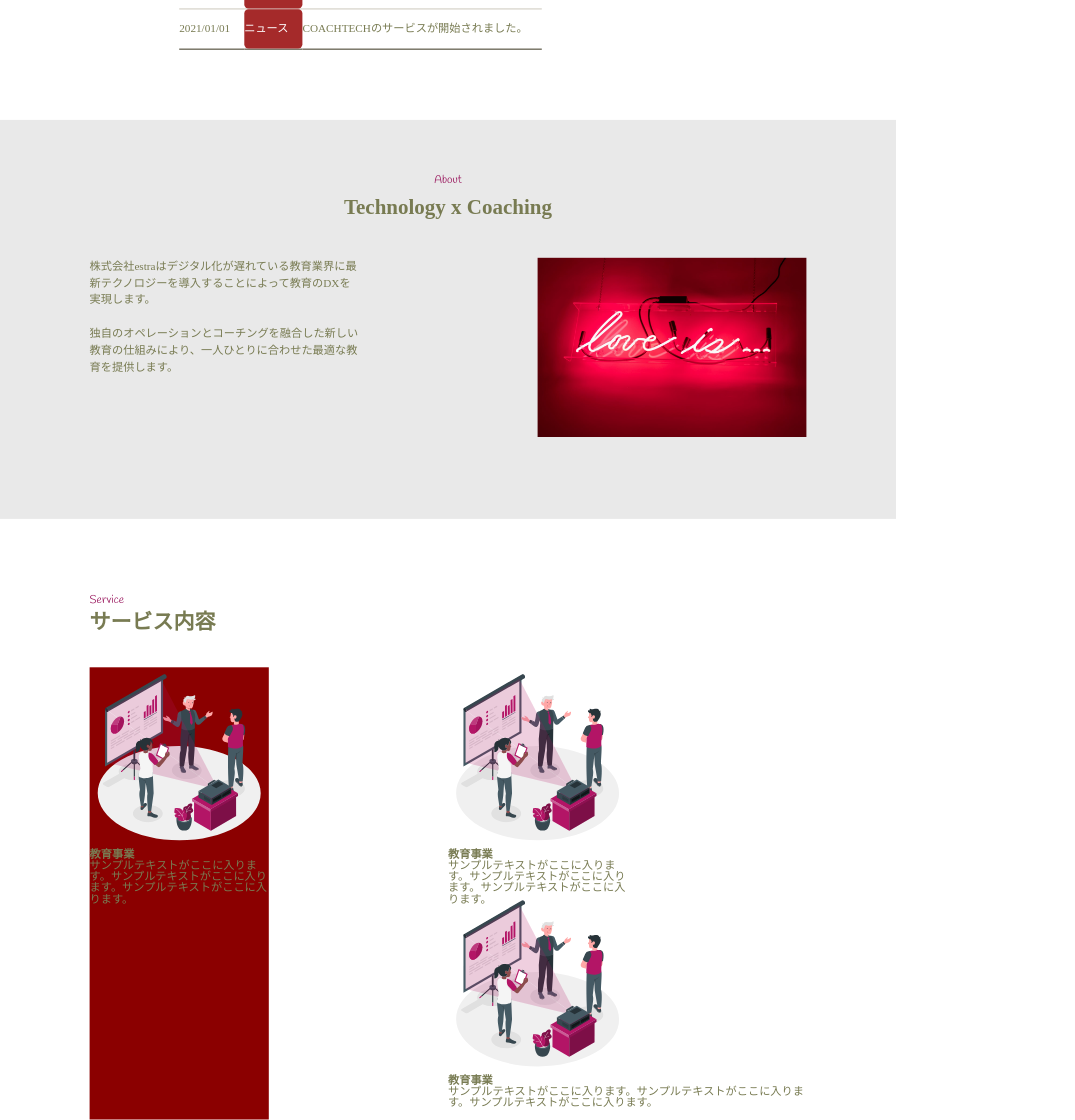
Repository: masanarimiura/20220504miura
Page: index.html
The author's editor kept a copy of each file at every save. The page is drawn from the files as they stood at one save, then again after a run of saves.
The browser window is 1280 px wide. The page is 1536 px wide, so the pictures cover 1536 px, including what lies to the right of the window. The pictures show the part of the page from y = 965 to 2565 px (the page is 2565 px tall), at 70% of full size.

Above is the page before, as saved 2022-05-04 21:56:00.

After the next 3 saves:
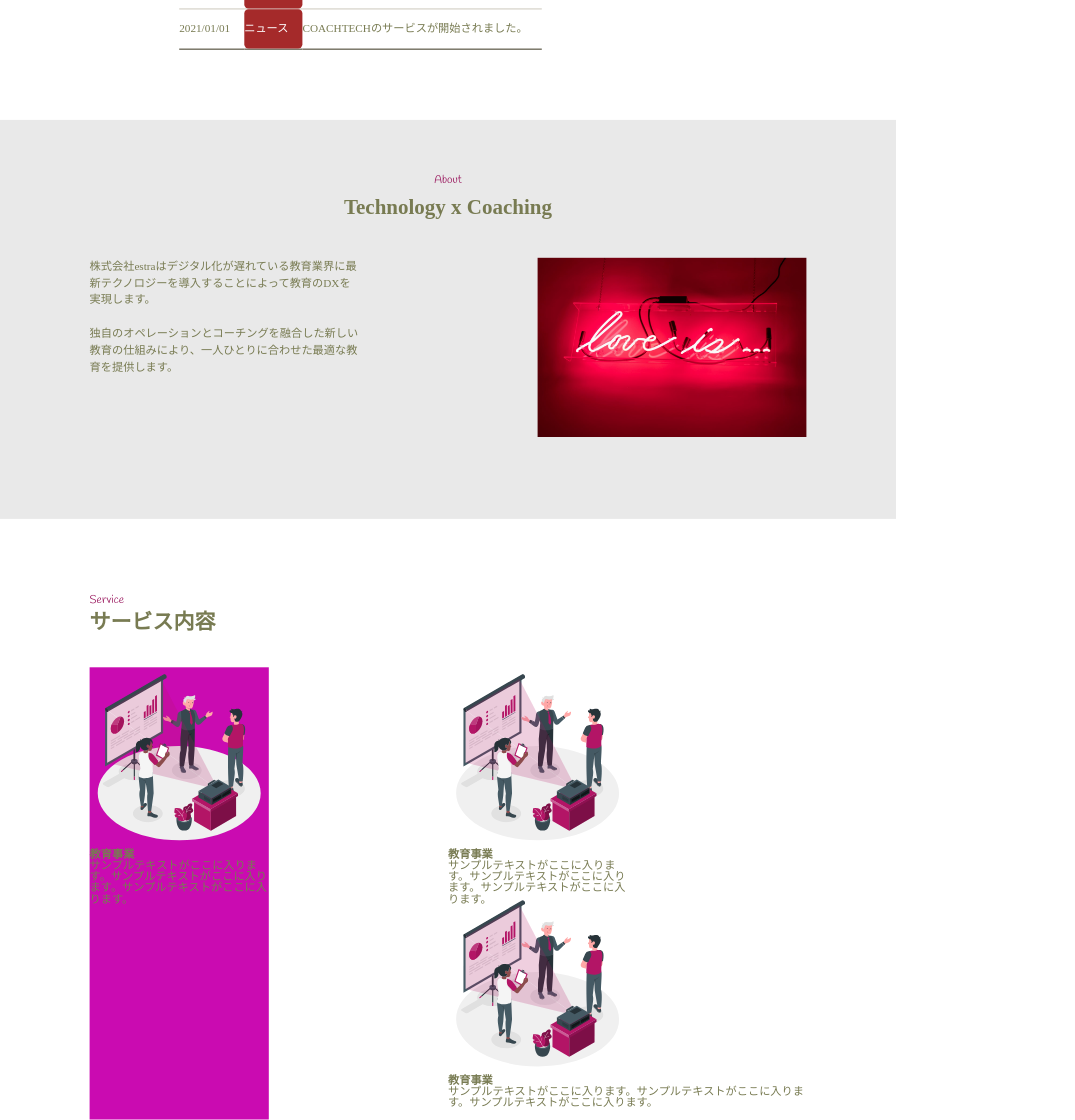
The 3 saves are shown as one change because they came seconds apart.
The last was saved 14 s later.
--- a/css/style.css
+++ b/css/style.css
@@ -145,7 +145,7 @@ a {
 .service-box1 {
   grid-column: 1/2;
   grid-row: 1/3;
-  background-color: darkred;
+  background-color: rgb(202, 11, 177);
 }
 .service-box2 {
   grid-column: 2/3;
